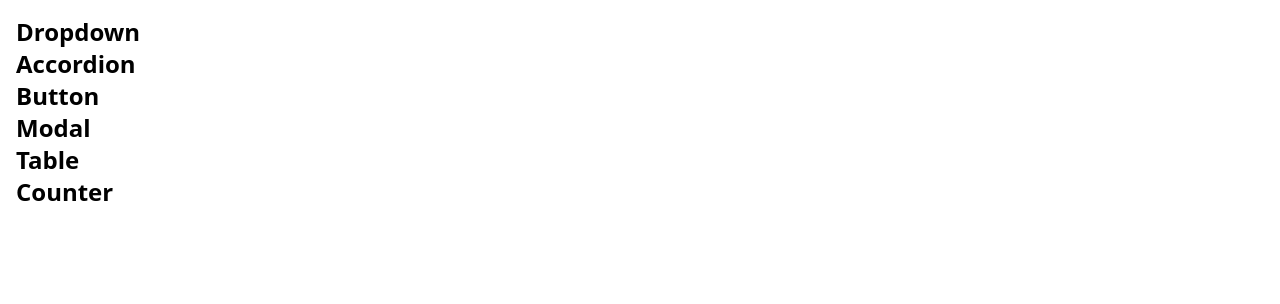
Repository: Marhamat92/reactroutefromstephen
Page: /
These files come from the project's save history. The page is drawn as it stood at one moment and after the next save; the edit follows.
The browser window is 1280 px wide. The pictures show the whole page.
The project was rebuilt for these pictures with package versions that can differ from the ones it lists, and the page was loaded fresh each time. Also part of the build but not shown: src/App.css, src/components/Dropdowns/DropDown.tsx, src/pages/dropdown/DropdownPage.tsx, src/components/Accordion/Accordion.tsx, src/pages/accordion/AccordionPage.tsx, src/components/Buttons/Button.tsx, src/pages/buttons/ButtonPage.tsx, src/components/Modal/Modal.tsx and 7 more.

Above is the page before, as saved 2023-01-11 14:37:50.

After the next save:
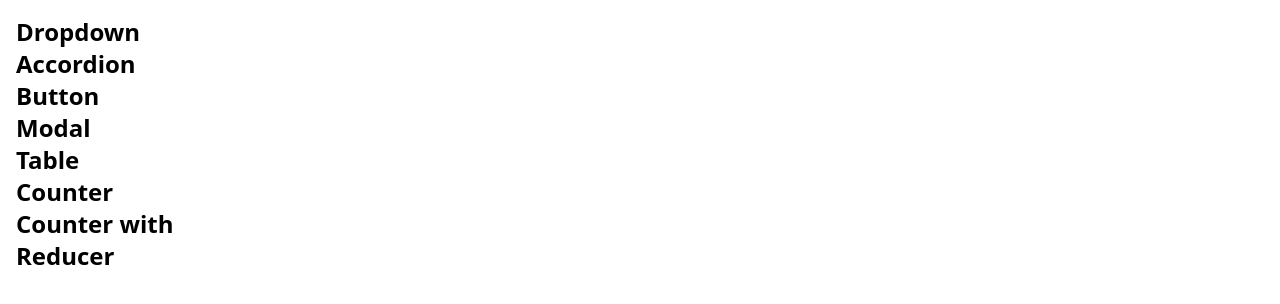
Saved 16 s later.
--- a/src/components/Sidebar/Sidebar.tsx
+++ b/src/components/Sidebar/Sidebar.tsx
@@ -11,6 +11,7 @@ function Sidebar({}: Props) {
     { to: "/modal", label: "Modal" },
     { to: "/table", label: "Table" },
     { to: "/counter", label: "Counter" },
+    { to: "/counterwithreducer", label: "Counter with Reducer" },
   ];
 
   const renderedLinks = links.map((link) => {
